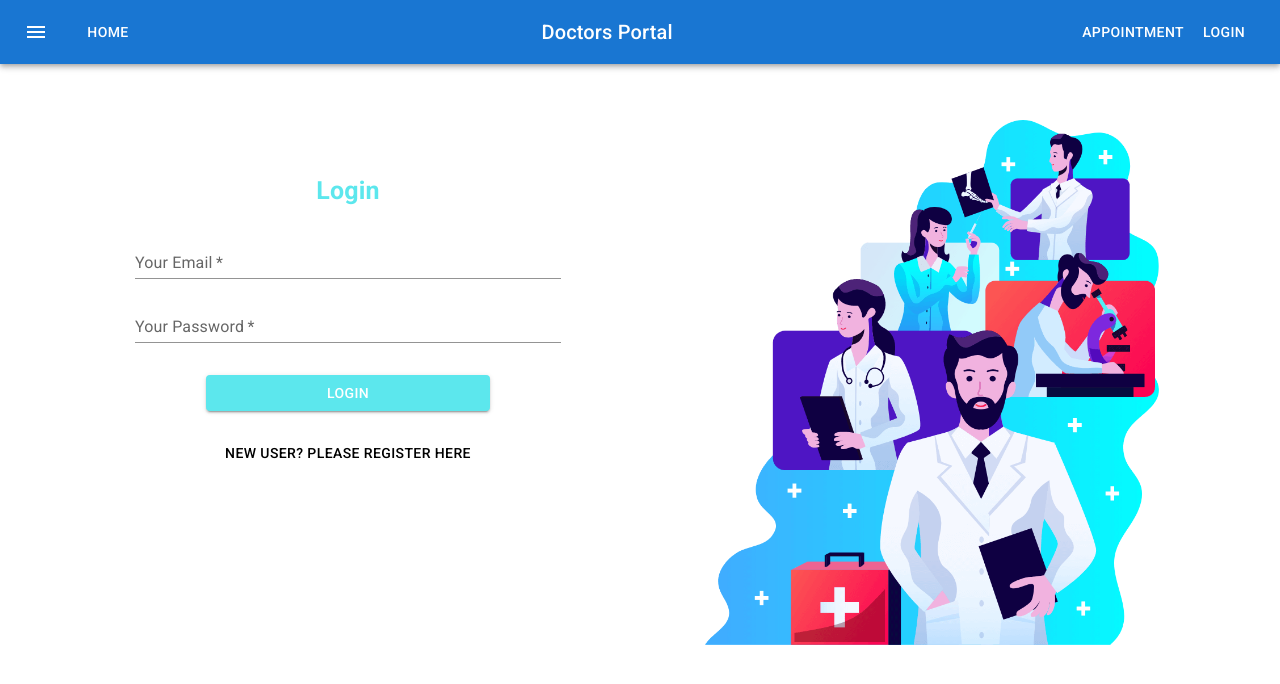
Repository: Sharif-00112/doctors-portal-client
Page: /login
The author's editor kept a copy of each file at every save. The page is drawn from the files as they stood at one save, then again after the next save.
The browser window is 1280 px wide. The pictures show the whole page.
The project was rebuilt for these pictures with package versions that can differ from the ones it lists, and the page was loaded fresh each time. Also part of the build but not shown: src/Pages/Shared/Footer/Footer.js, src/Pages/Home/AppointmentBanner/AppointmentBanner.js, src/Pages/Home/Banner/Banner.js, src/Pages/Home/Contact/Contact.js, src/Pages/Home/Service/Service.js, src/Pages/Home/Services/Services.js, src/Pages/Home/Story/Story.js, src/Pages/Home/Home/Home.js and 7 more. Imported but missing from the stored project, and not drawn on this page: src/hooks/useTitle.

Above is the page before, as saved 2022-11-07 12:21:11.

### public/index.html
<!DOCTYPE html>
<html lang="en">
  <head>
    <meta charset="utf-8" />
    <link rel="icon" href="%PUBLIC_URL%/favicon.ico" />
    <meta name="viewport" content="width=device-width, initial-scale=1" />
    <meta name="theme-color" content="#000000" />
    <meta
      name="description"
      content="Web site created using create-react-app"
    />
    <link
      rel="stylesheet" href="https://fonts.googleapis.com/css?family=Roboto:300,400,500,700&display=swap"
    />

    <link rel="apple-touch-icon" href="%PUBLIC_URL%/logo192.png" />
    <!--
      manifest.json provides metadata used when your web app is installed on a
      user's mobile device or desktop. See https://developers.google.com/web/fundamentals/web-app-manifest/
    -->
    <link rel="manifest" href="%PUBLIC_URL%/manifest.json" />
    <!--
      Notice the use of %PUBLIC_URL% in the tags above.
      It will be replaced with the URL of the `public` folder during the build.
      Only files inside the `public` folder can be referenced from the HTML.

      Unlike "/favicon.ico" or "favicon.ico", "%PUBLIC_URL%/favicon.ico" will
      work correctly both with client-side routing and a non-root public URL.
      Learn how to configure a non-root public URL by running `npm run build`.
    -->
    <title>React App</title>
  </head>
  <body>
    <noscript>You need to enable JavaScript to run this app.</noscript>
    <div id="root"></div>
    <!--
      This HTML file is a template.
      If you open it directly in the browser, you will see an empty page.

      You can add webfonts, meta tags, or analytics to this file.
      The build step will place the bundled scripts into the <body> tag.

      To begin the development, run `npm start` or `yarn start`.
      To create a production bundle, use `npm run build` or `yarn build`.
    -->
  </body>
</html>

### src/App.js
import './App.css';
import { BrowserRouter as Router, Route, Routes} from 'react-router-dom';
import Home from './Pages/Home/Home/Home';
import Appointment from './Pages/Appointment/Appointment/Appointment';
import Login from './Pages/Login/Login/Login';
import Register from './Pages/Login/Register/Register';
import AuthProvider from './contexts/AuthProvider/AuthProvider';

function App() {
  return (
    <div className="App">
      <AuthProvider>
        <Router>
          {/* <Header></Header> */}
          <Routes>
            <Route exact path = '/' element={<Home/>}/>
            <Route exact path = '/home' element={<Home/>}/>
            <Route exact path = '/login' element={<Login/>}/>
            <Route exact path = '/register' element={<Register/>}/>
            <Route exact path = '/appointment' element={<Appointment/>}/>
            <Route exact path = '*' element={<Home/>}/>
          </Routes>
          {/* <Footer></Footer> */}
        </Router>
      </AuthProvider>
    </div>
  );
}

export default App;

### src/Pages/Login/Login/Login.js
import React, { useState } from 'react';
import Box from '@mui/material/Box';
import Grid from '@mui/material/Unstable_Grid2';
import { Button, Container } from '@mui/material';
import Typography from '@mui/material/Typography';
import loginImg from '../../../images/images/login.png'
import TextField from '@mui/material/TextField';
import Navigation from '../../Shared/Navigation/Navigation';
import { NavLink } from 'react-router-dom';

const Login = () => {
    const [loginData, setLoginData] = useState({})

    const handleOnChange = e =>{
        const field = e.target.name;
        const value = e.target.value;
        // console.log(field, value);
        const newLoginData = { ...loginData };
        newLoginData[field] = value;
        setLoginData(newLoginData);
    }

    const handleLoginSubmit = e => {
        e.preventDefault();
        alert('Login Clicked!');
    }

    return (
        <div className="">
            <Navigation></Navigation>
            <Container sx={{ my:5 }}>
                <Box sx={{ flexGrow: 1 }}>
                    <Grid container spacing={2}>
                        <Grid sx={{ mt:5 }} xs={12} md={6}>
                            <Typography sx={{ my:2, fontSize: 25, fontWeight: 600 }} style={{color: '#5CE7ED'}} variant="h4" component="div">
                                Login
                            </Typography>
                            <form onSubmit={ handleLoginSubmit }>
                                <TextField
                                    sx={{ width:'75%', m:1 }}
                                    required
                                    id="standard-basic"
                                    name='email'
                                    onChange={handleOnChange}
                                    label="Your Email"
                                    variant="standard" />
                                <br />
                                <TextField
                                    sx={{ width:'75%', m:1 }}
                                    required
                                    id="standard-basic"
                                    name='password'
                                    onChange={handleOnChange}
                                    label="Your Password"
                                    type="password"
                                    variant="standard" />
                                <br />
                                <Button type='submit' sx={{ width:'50%',m:3 }} variant="contained" style={{backgroundColor: '#5CE7ED'}}>
                                    Login
                                </Button>
                                <br />
                                <NavLink
                                    // style={{ textDecoration:'none'}}
                                    to='/register'>
                                    <Button sx={{ color: 'black' }}>
                                        New user? Please Register here
                                    </Button>
                                </NavLink>
                            </form>

                        </Grid>
                        <Grid xs={12} md={6}>
                            <img style={{ width:'80%' }} src={loginImg} alt="" />
                        </Grid>
                    </Grid>
                </Box>
            </Container>
        </div>
    );
};

export default Login;

### src/contexts/AuthProvider/AuthProvider.js
import React from 'react';
import { createContext } from 'react';
import useFirebase from '../../hooks/useFirebase';

//step-1-context
export const AuthContext = createContext();

const AuthProvider = (props) => {
    //step-3-context
    const {children} = props;

    //step-5-context
    const allContexts = useFirebase();

    return (
        //step-2-context
        <AuthContext.Provider value={allContexts}>
            {children}
        </AuthContext.Provider>
    );
};

export default AuthProvider;

### src/Pages/Shared/Navigation/Navigation.js
import React from 'react';
import AppBar from '@mui/material/AppBar';
import Box from '@mui/material/Box';
import Toolbar from '@mui/material/Toolbar';
import Typography from '@mui/material/Typography';
import Button from '@mui/material/Button';
import IconButton from '@mui/material/IconButton';
import MenuIcon from '@mui/icons-material/Menu';
import { Link, NavLink } from 'react-router-dom';

const Navigation = () => {
    return (
        <div>
            <Box sx={{ flexGrow: 1, pb:2 }}>
                <AppBar position="static">
                    <Toolbar>
                        <IconButton
                            size="large"
                            edge="start"
                            color="inherit"
                            aria-label="menu"
                            sx={{ mr: 2 }}
                        >
                            <MenuIcon />
                        </IconButton>
                        <Link
                            style={{ textDecoration:'none', color:'white' }}
                            to = '/home'>
                            <Button color="inherit">Home</Button>
                        </Link>
                        <Typography variant="h6" component="div" sx={{ flexGrow: 1 }}>
                            Doctors Portal
                        </Typography>
                        <Link
                            style={{ textDecoration:'none', color:'white' }}
                            to = '/appointment'>
                            <Button color="inherit">Appointment</Button>
                        </Link>
                        <NavLink
                            style={{ textDecoration:'none', color:'white' }}
                            to = '/login'>
                            <Button color="inherit">Login</Button>
                        </NavLink>
                        {/* <Button color="inherit">Login</Button> */}
                    </Toolbar>
                </AppBar>
            </Box>
        </div>
    );
};

export default Navigation;

### src/hooks/useFirebase.js
import { useState } from "react";
import initializeAuthentication from "../Pages/Login/Firebase/firebase.initialize";
import { getAuth, signInWithPopup, GoogleAuthProvider, onAuthStateChanged, signOut, FacebookAuthProvider, createUserWithEmailAndPassword, signInWithEmailAndPassword, sendPasswordResetEmail, updatePassword, sendEmailVerification, updateProfile, } from "firebase/auth";
import { useEffect } from "react";

initializeAuthentication();

const useFirebase = () =>{
    const [user, setUser] = useState({});
    const [error, setError] = useState('');
    const [name, setName] = useState('');
    const [email, setEmail] = useState('');
    const [password, setPassword] = useState('');
    const [isLoading, setIsLoading] = useState(true);

    const googleProvider = new GoogleAuthProvider();
    // const gitProvider = new GithubAuthProvider();
    const facebookProvider = new FacebookAuthProvider();
    const auth = getAuth();

    const signInUsingGoogle = () =>{
      setIsLoading(true);
      signInWithPopup(auth, googleProvider)
      .then((result) => {
          // This gives you a Google Access Token. You can use it to access the Google API.
          // const credential = GoogleAuthProvider.credentialFromResult(result);
          // const token = credential.accessToken;
          // The signed-in user info.
          setUser(result.user);
      }).catch((error) => {
          // Handle Errors here.
          setError(error.code);
          setError(error.message);
          // The email of the user's account used.
          setError(error.customData.email);
          // The AuthCredential type that was used.
          setError(GoogleAuthProvider.credentialFromError(error));
      }).finally(() =>{
        setIsLoading(false);
      });
    }

    const signInUsingFacebook = () =>{
      signInWithPopup(auth, facebookProvider)
      .then((result) => {
        // The signed-in user info.
        setUser(result.user);

        // This gives you a Facebook Access Token. You can use it to access the Facebook API.
        // const credential = FacebookAuthProvider.credentialFromResult(result);
        // const accessToken = credential.accessToken;
      })
      .catch((error) => {
        // Handle Errors here.
        setError(error.code);
        setError(error.message);
        // The email of the user's account used.
        setError(error.customData.email);
        // The AuthCredential type that was used.
        setError(FacebookAuthProvider.credentialFromError(error));
      });
    };

    const customLogin = (email, password) =>{
      signInWithEmailAndPassword(auth, email, password)
      .then((userCredential) => {
        // Signed in
        setUser(userCredential.user);
      })
      .catch((error) => {
        setError(error.code);
        setError(error.message);
      });
    };

    const customRegister = (email, password) =>{
      createUserWithEmailAndPassword(auth, email, password)
      .then((userCredential) => {
        // Signed in
        // const user = userCredential.user;
        // console.log(user);
      })
      .catch((error) => {
        setError(error.code);
        setError(error.message);
      });
    };

    const handleLoginSubmitBtn = e =>{
      e.preventDefault();
      // console.log(email, password);
      customLogin(email, password);
    }

    const handleRegisterSubmitBtn = e =>{
      e.preventDefault();
      // console.log(email, password);

      if(!/.{8,}/.test(password)){
        setError('Ensure password is of minimum length 8');
        return;
      }
      if(!/(?=.*[A-Z])/.test(password)){
        setError('Ensure password has minimum one uppercase letters');
        return;
      }
      if(!/(?=.*[!@#$%^&*()\-__+.])/.test(password)){
        setError('Ensure password has minimum one special case letter');
        return;
      }
      if(!/(?=.*[0-9])/.test(password)){
        setError('Ensure password has minimum one digits');
        return;
      }
      if(!/(?=.*[a-z])/.test(password)){
        setError('Ensure password has minimum one lowercase letters');
        return;
      }
      customRegister(email, password);
    }

    const handleNameChange = e =>{
      setName(e.target.value);
    }

    const handleEmailChange = e =>{
      setEmail(e.target.value);
    }

    const handlePasswordChange = e =>{
      setPassword(e.target.value);
    }

    const handleForgotPassword = () =>{
      sendPasswordResetEmail(auth, email)
      .then(() => {
        // Password reset email sent!
      })
      .catch((error) => {
        setError(error.code);
        setError(error.message);
      });
    }

    const handleChangePassword = () =>{
      const user = auth.currentUser;
      const newPassword = password;
      updatePassword(user, newPassword).then(() => {
        // Update successful.
      }).catch((error) => {
        setError(error.code);
        setError(error.message);
      });
    }

    const setUserName = () =>{
      updateProfile(auth.currentUser, {
        displayName: name
      }).then(() => {
        // Profile updated!
      }).catch((error) => {
        setError(error.code);
        setError(error.message);
      });
    }

    const verifyEmail = () =>{
      sendEmailVerification(auth.currentUser)
      .then(() => {
        // Email verification sent!
      }).catch((error) => {
        setError(error.code);
        setError(error.message);
      });
    }

    //observe user login change
    useEffect(()=>{
        const unsubscribe = onAuthStateChanged(auth, (user) => {
            if (user) {
              // User is signed in
              setUser(user);
            } else {
              // User is signed out
              setUser({});
            }
            setIsLoading(false);
          });
          return () => unsubscribe;
    },[auth]);

    const logout = () =>{
      setIsLoading(true);
      signOut(auth)
      .then(() => {
          // Sign-out successful.
          setUser({});
        }).catch((error) => {
          setError(error);
        }).finally(()=>{
          setIsLoading(false);
        });
    }

    return {
      signInUsingGoogle,
      signInUsingFacebook,
      customLogin,
      customRegister,
      handleLoginSubmitBtn,
      handleRegisterSubmitBtn,
      handleNameChange,
      handleEmailChange,
      handlePasswordChange,
      handleForgotPassword,
      handleChangePassword,
      verifyEmail,
      setUserName,
      logout,
      user,
      error,
      isLoading
    };
}

export default useFirebase;

### src/Pages/Login/Firebase/firebase.initialize.js
import { initializeApp } from "firebase/app";
import firebaseConfig from "./firebase.config";

const initializeAuthentication = () =>{
    initializeApp(firebaseConfig);
}

export default initializeAuthentication;

### src/Pages/Login/Firebase/firebase.config.js
// console.log(process.env);

const firebaseConfig = {
  apiKey: process.env.REACT_APP_FIREBASE_API_KEY,
  authDomain: process.env.REACT_APP_FIREBASE_AUTH_DOMAIN,
  projectId: process.env.REACT_APP_FIREBASE_PROJECT_ID,
  storageBucket: process.env.REACT_APP_FIREBASE_STORAGE_BUCKET,
  messagingSenderId: process.env.REACT_APP_FIREBASE_MESSAGING_SENDER_ID,
  appId: process.env.REACT_APP_FIREBASE_APP_ID,
  measurementId: process.env.REACT_APP_FIREBASE_MEASUREMENT_ID
};

export default firebaseConfig;

// .env.local
// REACT_APP_FIREBASE_API_KEY=AIzaSyCENU3GB_9S_0atKuxThVeipx-DW0iqgW0
// REACT_APP_FIREBASE_AUTH_DOMAIN=doctors-portal-00112.firebaseapp.com
// REACT_APP_FIREBASE_PROJECT_ID=doctors-portal-00112
// REACT_APP_FIREBASE_STORAGE_BUCKET=doctors-portal-00112.appspot.com
// REACT_APP_FIREBASE_MESSAGING_SENDER_ID=392940465552
// REACT_APP_FIREBASE_APP_ID=1:392940465552:web:273b27a817caf3ceaf9715
// REACT_APP_FIREBASE_MEASUREMENT_ID=G-SJ34R75ZFB

### src/hooks/useAuth.js
//step-6-context

import { useContext } from "react"
import { AuthContext } from "../../src/contexts/AuthProvider/AuthProvider"

const useAuth = () =>{
    return useContext(AuthContext);
}

export default useAuth;

Loaded but not shown: src/index.js (common file); src/index.css (common file); src/reportWebVitals.js (common file); src/App.css (common file)

After the next save:
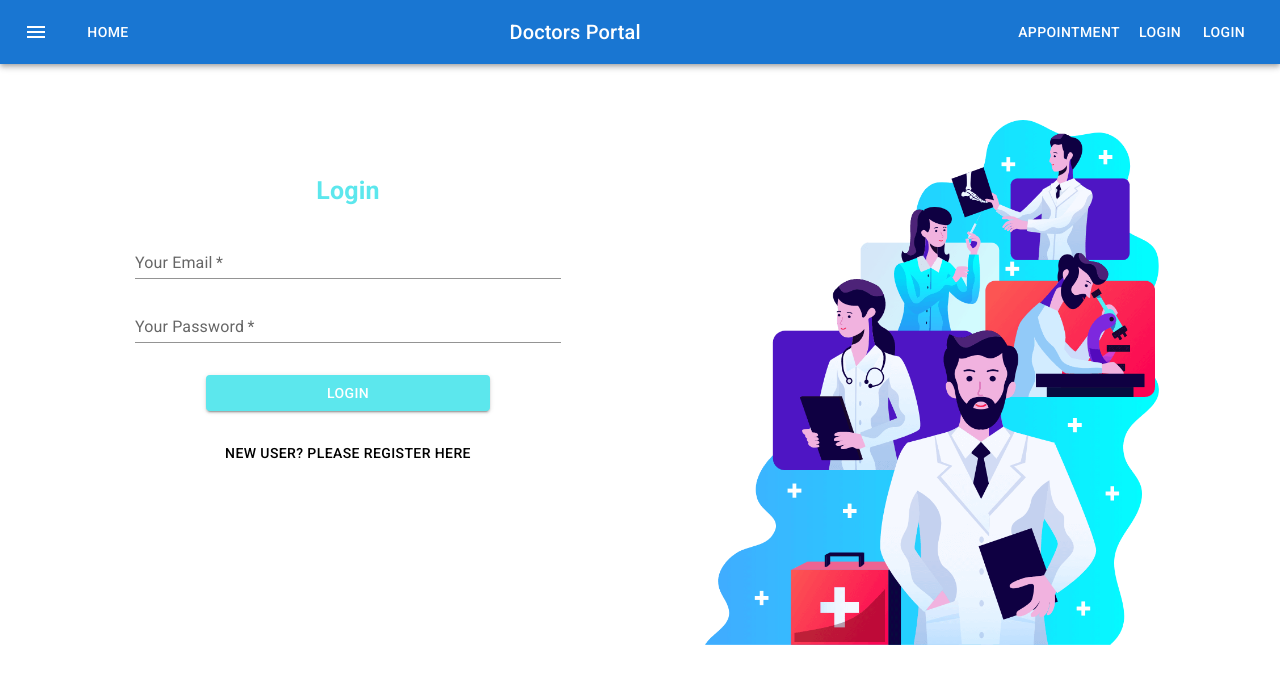
Saved 14 min 17 s later.
--- a/src/Pages/Shared/Navigation/Navigation.js
+++ b/src/Pages/Shared/Navigation/Navigation.js
@@ -7,8 +7,10 @@ import Button from '@mui/material/Button';
 import IconButton from '@mui/material/IconButton';
 import MenuIcon from '@mui/icons-material/Menu';
 import { Link, NavLink } from 'react-router-dom';
+import useAuth from '../../../hooks/useAuth';
 
 const Navigation = () => {
+    const {user} = useAuth();
     return (
         <div>
             <Box sx={{ flexGrow: 1, pb:2 }}>
@@ -41,7 +43,20 @@ const Navigation = () => {
                             to = '/login'>
                             <Button color="inherit">Login</Button>
                         </NavLink>
-                        {/* <Button color="inherit">Login</Button> */}
+                        {
+                            user?.email ?
+                            <NavLink
+                                style={{ textDecoration:'none', color:'white' }}
+                                to = '/login'>
+                                <Button color="inherit">Logout</Button>
+                            </NavLink>
+                            :
+                            <NavLink
+                                style={{ textDecoration:'none', color:'white' }}
+                                to = '/login'>
+                                <Button color="inherit">Login</Button>
+                            </NavLink>
+                        }
                     </Toolbar>
                 </AppBar>
             </Box>
